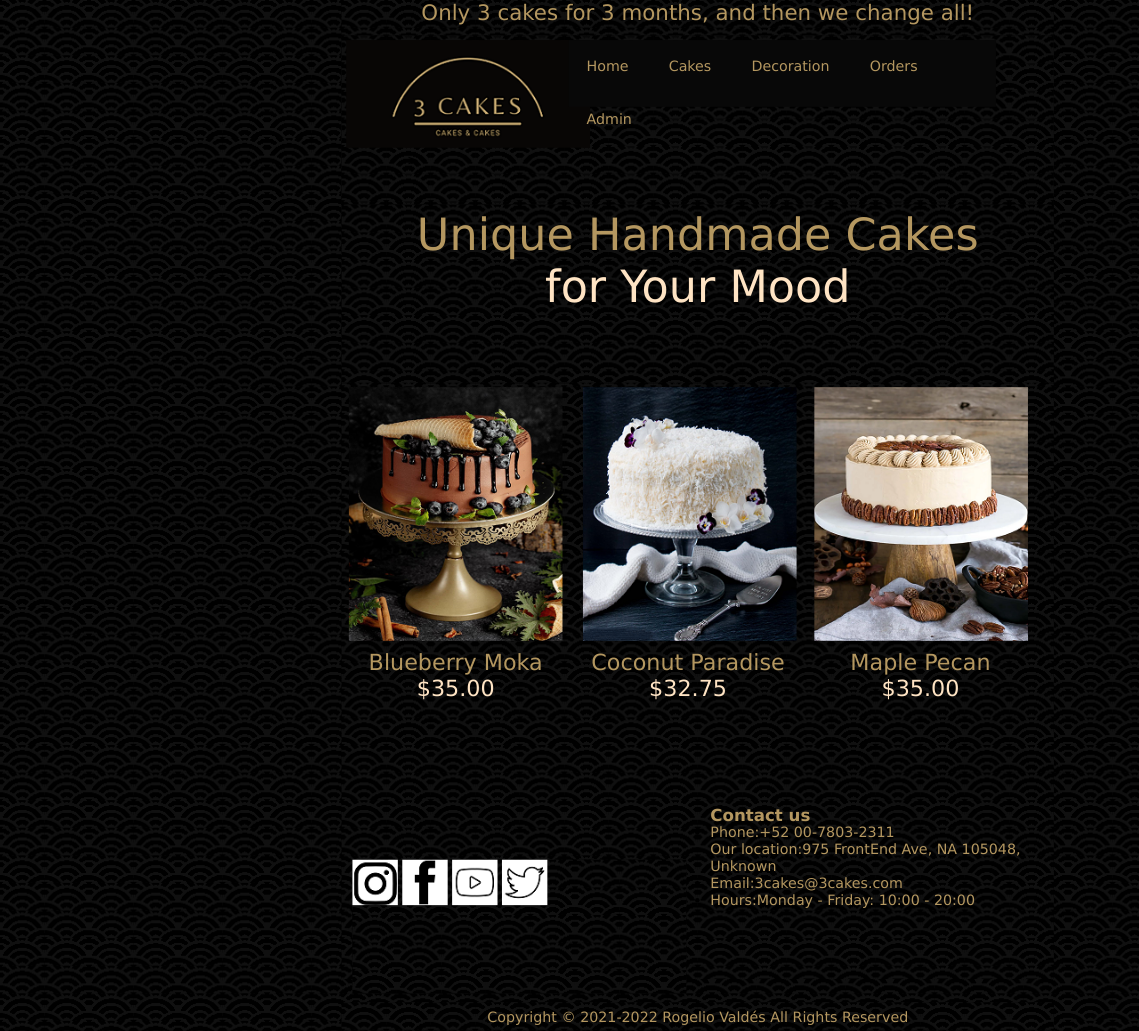
Repository: roge64/htmlfrontend
Page: index.html
These files come from the project's save history. The page is drawn as it stood at one moment and after the next save; the edit follows.
The browser window is 1280 px wide. The pictures show the whole page, at 89% of full size.

Above is the page before, as saved 2022-03-04 16:21:01.

### index.html
<!DOCTYPE html>
<html lang="en">
<head>
    <meta charset="UTF-8">
    <meta http-equiv="X-UA-Compatible" content="IE=edge">
    <meta name="viewport" content="width=device-width, initial-scale=1.0">
    <title>3 Cakes</title>
    <link rel="stylesheet" href="estilos/estilos.css">


</head>

<body>

    <section id="container">

        <header>
            <p style="color:#b49760"> Only 3 cakes for 3 months, and then we change all! </p>
            <!-- <h1> <a href="index.html"><img src="/img/logob.png" alt="logo.png"></a> </h1> -->
        </header>

        <section id="banner">

            <!-- <h1> <a href="index.html"><img src="/img/logob.png" alt="logo.png"></a> </h1> -->
            <!-- <article> <a href="index.html"><img src="/img/logob.png" alt="logo.png"></a> </article> -->

            <article id="banner1"  <a href="index.html"> <img src="/img/logob.png"  alt="logo.png"></a>></article>
            <article id="banner2">
                <ul class="menu">

                <li><a href="#home"></a>Home</li>
                <li><a href="#cakes"></a>Cakes</li>
                <li><a href="#decor"></a>Decoration</li>
                <li><a href="#order"></a>Orders</li>
                <li><a href="#admin"></a>Admin</li>
            </ul></article>

        </section>

        <section id="noticias">

            <article id="news1">
                <p style="color:#b49760"> Unique Handmade Cakes</p>
                <p style="color: bisque"> for Your Mood</p>
            </article>


        </section>

        <section id="tienda">
            <article id="cake1"> <img src="/img/cake1.png"  alt="logo.png"></article>
            <article id="cake2"> <img src="/img/cake2.png"  alt="logo.png"></article>
            <article id="cake3"> <img src="/img/cake3.png"  alt="logo.png"></article>
        </section>


        <section id="names">
            <article id="name1">
                <p style="color:#b49760"> Blueberry Moka</p>
                <p style="color: bisque"> $35.00</p>
            </article>
            <article id="name2">
                <p style="color:#b49760"> Coconut Paradise</p>
                <p style="color: bisque"> $32.75</p>
            </article>
            <article id="name3">
                <p style="color:#b49760"> Maple Pecan</p>
                <p style="color: bisque"> $35.00</p>
            </article>
        </section>

        <section id="separador">


        </section>

        <section id="social">
            <article id="social1">
		        <a href="#"><img src="img/instagram.png" alt="instagram"></a>
                <a href="#"><img src="img/facebook.png" alt="facebook"></a>
                <a href="#"><img src="img/youtube.png" alt="youtube"></a>
		        <a href="#"><img src="img/twitter.png" alt="twitter"></a>
            </article>

            <article id="social2">
                <div id="lte_icons-2" class="widget widget_lte_icons">
                    <h3 class="lte-header-widget " style="color:#b49760"><span class="widget-icon"></span >Contact us
                    </h3>
                    <ul class="lte-social-icons-list">
                        <li>
                            <a href="#"><span class="lte-ic icon icon-phone-call" ></span><span class="lte-header" style="color:#b49760">Phone:</span><span class="lte-txt" style="color:#b49760">+52 00-7803-2311<br> </span>
                            </a>
                        </li>
                        <li>
                            <a href="#"><span class="lte-ic icon icon-location"></span><span class="lte-header" style="color:#b49760">Our location:</span><span class="lte-txt" style="color:#b49760">975 FrontEnd Ave, NA 105048, Unknown</span>
                            </a>
                        </li>
                        <li>
                            <a href="#"><span class="lte-ic icon icon-mail"></span><span class="lte-header" style="color:#b49760">Email:</span><span class="lte-txt" style="color:#b49760">3cakes@3cakes.com</span>
                            </a>
                        </li>
                        <li>
                            <a href="#"><span class="lte-ic icon icon-mail"></span><span class="lte-header" style="color:#b49760">Hours:</span><span class="lte-txt" style="color:#b49760">Monday - Friday: 10:00 - 20:00</span>
                            </a>
                        </li>
                    </ul>
                </div>

            </article>
        </section>


        <footer>
            <p style="color:#b49760"> Copyright &copy; 2021-<script>document.write(new Date().getFullYear())</script> Rogelio Valdés All Rights Reserved</p>
            <article id="footer1"></article>
        </footer>

    </section>

</body>

</html>

### estilos/estilos.css
*{
    border: 0 ;
    margin: 0 ;
    padding: 0;
    text-decoration: none;
}

body{
    font-family: Geneva;
    background-color: rgb(0, 0, 0);
    width:40%;
    margin-left:auto;
    margin-right:auto;

    background-color:black;
background-image:
radial-gradient(circle at 100% 150%, black 24%, #101010 24%, #101010 28%, black 28%, black 36%, #101010 36%, #101010 40%, transparent 40%, transparent),
radial-gradient(circle at 0    150%, black 24%, #101010 24%, #101010 28%, black 28%, black 35%, #101010 36%, #101010 40%, transparent 40%, transparent),
radial-gradient(circle at 50%  100%, #101010 10%, black 10%, black 23%, #101010 23%, #101010 30%, black 30%, black 43%, #101010 43%, #101010 50%, black 50%, black 63%, #101010 63%, #101010 71%, transparent 71%, transparent),
radial-gradient(circle at 100% 50%, #101010 5%, black 5%, black 15%, #101010 15%, #101010 20%, black 20%, black 29%, #101010 29%, #101010 34%, black 34%, black 44%, #101010 44%, #101010 49%, transparent 49%, transparent),
radial-gradient(circle at 0    50%, #101010 5%, black 5%, black 15%, #101010 15%, #101010 20%, black 20%, black 29%, #101010 29%, #101010 34%, black 34%, black 44%, #101010 44%, #101010 48%, transparent 49%, transparent);
background-size: 50px 31px;
/*     background-image: url("/img/papyrus-dark.png"); */
}

.menu{
    list-style: none;
    padding: 0;
    background: #080808;
    width: 80%;
    height: 75px;
    max-width: 500px;
    margin: auto;
}

.menu li{
    text-decoration: none;
    color: #b49760;
    padding: 20px;
    display: block;
}

.menu li{
    display: inline-block;
    text-align: right;
}

.menu li:hover{
    background:rgb(41, 23, 3);
}


#container, header, #banner, #noticias, #marcas, footer, #social1{
    /* background-color:rgb(255, 255, 255); */
    background-color:black;
background-image:
radial-gradient(circle at 100% 150%, black 24%, #101010 24%, #101010 28%, black 28%, black 36%, #101010 36%, #101010 40%, transparent 40%, transparent),
radial-gradient(circle at 0    150%, black 24%, #101010 24%, #101010 28%, black 28%, black 35%, #101010 36%, #101010 40%, transparent 40%, transparent),
radial-gradient(circle at 50%  100%, #101010 10%, black 10%, black 23%, #101010 23%, #101010 30%, black 30%, black 43%, #101010 43%, #101010 50%, black 50%, black 63%, #101010 63%, #101010 71%, transparent 71%, transparent),
radial-gradient(circle at 100% 50%, #101010 5%, black 5%, black 15%, #101010 15%, #101010 20%, black 20%, black 29%, #101010 29%, #101010 34%, black 34%, black 44%, #101010 44%, #101010 49%, transparent 49%, transparent),
radial-gradient(circle at 0    50%, #101010 5%, black 5%, black 15%, #101010 15%, #101010 20%, black 20%, black 29%, #101010 29%, #101010 34%, black 34%, black 44%, #101010 44%, #101010 48%, transparent 49%, transparent);
background-size: 50px 31px;

    height: 1100px;
    width: 800px;

}

header{
/*     background-color:antiquewhite;
 */
    height: 40px;
    text-align: center;
    font-size: x-large;

}

#banner{
    background-color:#080808;
/*     background-color:rgb(25, 25, 25); */
    width: 600;
    height: 190px;


}


#noticias{
/*     background-color: antiquewhite;
 */
    height: 200px;
}

#tienda #names{
/*     background-color: grey; */
/* background-color:black;
background-image:
radial-gradient(circle at 100% 150%, black 24%, #101010 24%, #101010 28%, black 28%, black 36%, #101010 36%, #101010 40%, transparent 40%, transparent),
radial-gradient(circle at 0    150%, black 24%, #101010 24%, #101010 28%, black 28%, black 35%, #101010 36%, #101010 40%, transparent 40%, transparent),
radial-gradient(circle at 50%  100%, #101010 10%, black 10%, black 23%, #101010 23%, #101010 30%, black 30%, black 43%, #101010 43%, #101010 50%, black 50%, black 63%, #101010 63%, #101010 71%, transparent 71%, transparent),
radial-gradient(circle at 100% 50%, #101010 5%, black 5%, black 15%, #101010 15%, #101010 20%, black 20%, black 29%, #101010 29%, #101010 34%, black 34%, black 44%, #101010 44%, #101010 49%, transparent 49%, transparent),
radial-gradient(circle at 0    50%, #101010 5%, black 5%, black 15%, #101010 15%, #101010 20%, black 20%, black 29%, #101010 29%, #101010 34%, black 34%, black 44%, #101010 44%, #101010 48%, transparent 49%, transparent);
background-size: 50px 31px; */

    height: 300px;
    width: 780px;
    padding-left: 10px;
    padding-right: 10px;
    padding-top: 5px;
    text-align: center;
}

#marcas{
/*     background-color:rgb(58, 41, 18); */
    height: 205px;
}


footer{
    width: 800px;
/*     background-color:rgb(0, 0, 0); */
    text-align: center;
    height: 25px;
    padding-top: 7px;

}

#banner #banner1{
/*     background-color: rgb(180, 134, 73); */
    width: 150px;
    height: 145px;
    float: left;
    text-align: center;
/*     display: inline-block; */
    margin: 5px 5px;
}

#banner #banner2{
/*     background-color: rgb(180, 134, 73); */
    width: 600px;
    height: 145px;
    float: right;
/*     display: inline-block; */
    /* vertical-align: center;  */
    margin: 5px 5px;
}

#noticias #news1{
/*     background-color: rgb(41, 38, 34); */
    font-size: 50px;

    text-align: center;
    width: 790px;
    height: 200px;
    display: inline-block;
    vertical-align: center;
    margin: 5px 5px;

}


#tienda #cake1{
    background: rgb(109, 175, 33);
    width: 240px;
    height: 285px;
    display: inline-block;
    vertical-align: top;
    margin: 5px 8px;
}

#tienda #cake2{
    background: rgb(41, 23, 3);
    width: 240px;
    height: 285px;
    display: inline-block;
    vertical-align: top;
    margin: 5px 10px;
}

#tienda #cake3{
    background: rgb(175, 169, 112);
    width: 240px;
    height: 285px;
    display: inline-block;
    vertical-align: top;
    margin: 5px 5px;
}

#names #name1{
    font-size: 25px;
    text-align: center;
    width: 240px;
    height: 60px;
    display: inline-block;
    vertical-align: top;
    margin: 5px 8px;
}

#names #name2{
    font-size: 25px;
    text-align: center;
    width: 240px;
    height: 60px;
    display: inline-block;
    vertical-align: top;
    margin: 5px 8px;
}

#names #name3{
    font-size: 25px;
    text-align: center;
    width: 240px;
    height: 60px;
    display: inline-block;
    vertical-align: top;
    margin: 5px 8px;
}

#social #social1{
    text-decoration: none;
/*     background: rgb(109, 175, 33); */
    width: 375px;
    height: 150px;
    display: inline-block;
    vertical-align: center;
    margin: 10px 12px;
}

#social #social2{
    text-decoration: none;
/*     background: rgb(109, 175, 33); */
    width: 375px;
    height: 150px;
    display: inline-block;
    vertical-align: center;
    margin: 10px 10px;
}

#social #social1 {
    color: rgb(175, 169, 112);


}

#separador {
        width: 800px;
        text-align: center;
        height: 100px;

}

After the next save:
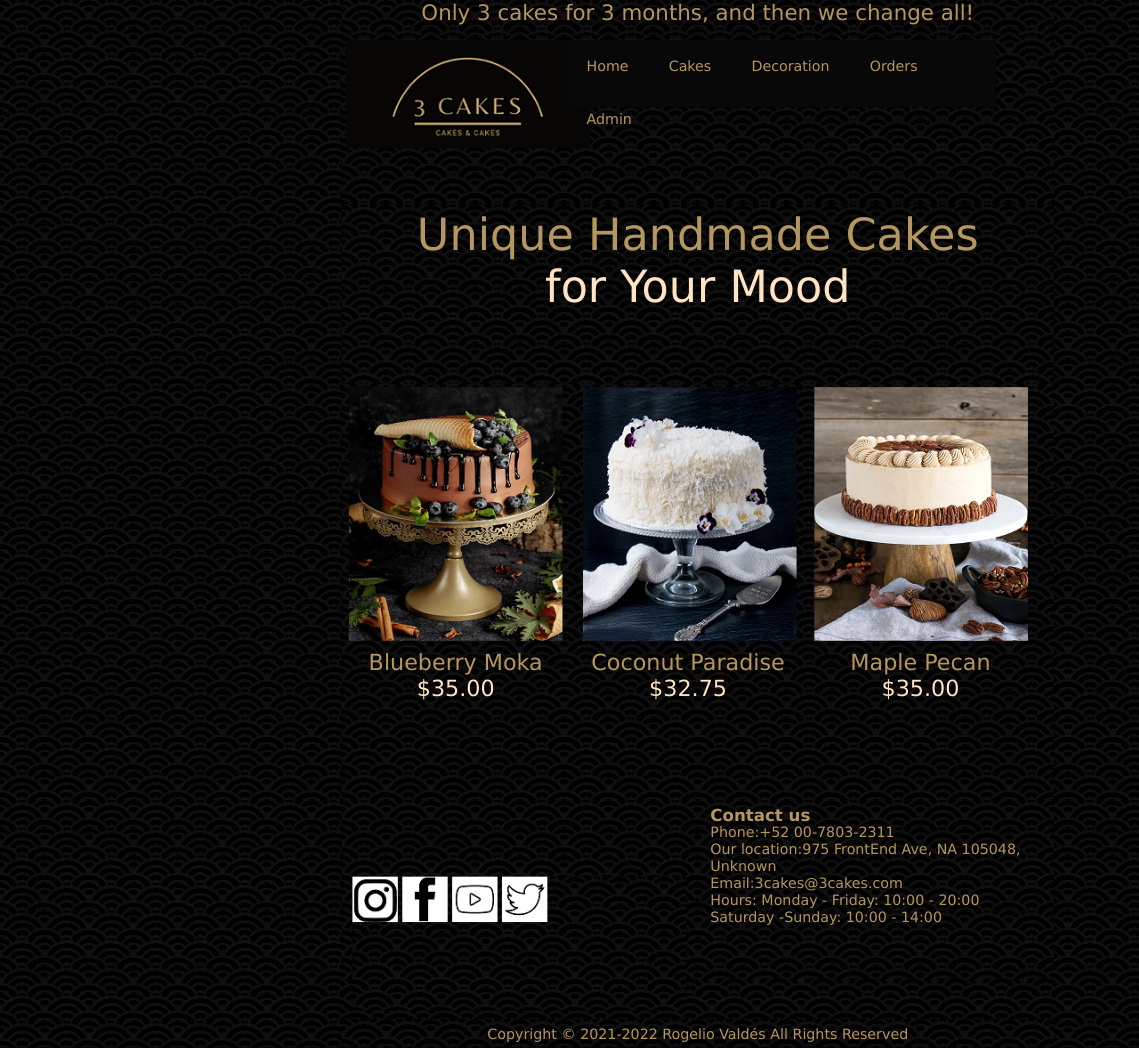
Saved 4 min 51 s later.
--- a/index.html
+++ b/index.html
@@ -100,7 +100,11 @@
                             </a>
                         </li>
                         <li>
-                            <a href="#"><span class="lte-ic icon icon-mail"></span><span class="lte-header" style="color:#b49760">Hours:</span><span class="lte-txt" style="color:#b49760">Monday - Friday: 10:00 - 20:00</span>
+                            <a href="#">
+                                <span class="lte-ic icon icon-mail"></span>
+                                <span class="lte-header" style="color:#b49760">Hours:</span>
+                                <span class="lte-txt" style="color:#b49760">Monday - Friday: 10:00 - 20:00</span>
+                                <span class="lte-txt" style="color:#b49760">Saturday -Sunday: 10:00 - 14:00</span>
                             </a>
                         </li>
                     </ul>
